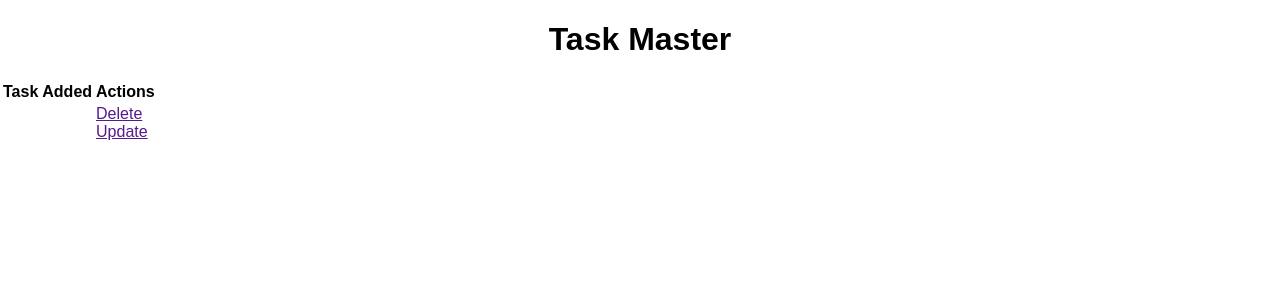
Repository: shaysnutss/FirstFlaskApp
Page: http://localhost/
An editor plug-in stored every save of this project. The page is shown before and after the next save, followed by the edit.
The browser window is 1280 px wide. The pictures show the whole page.
The page is served by the project's application, run on Flask 3 (app.py).

Above is the page before, as saved 2022-08-25 01:12:21.

After the next save:
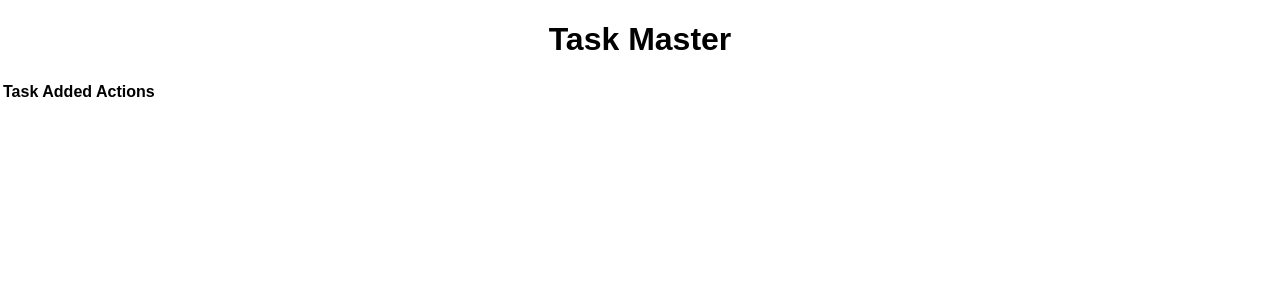
Saved 2 min 42 s later.
--- a/templates/index.html
+++ b/templates/index.html
@@ -13,15 +13,7 @@
             <th>Added</th>
             <th>Actions</th>
         </tr>
-        <tr>
-            <td></td>
-            <td></td>
-            <td>
-                <a href="">Delete</a>
-                <br>
-                <a href="">Update</a>
-            </td>
-        </tr>
+
     </table>
 
 </div>
